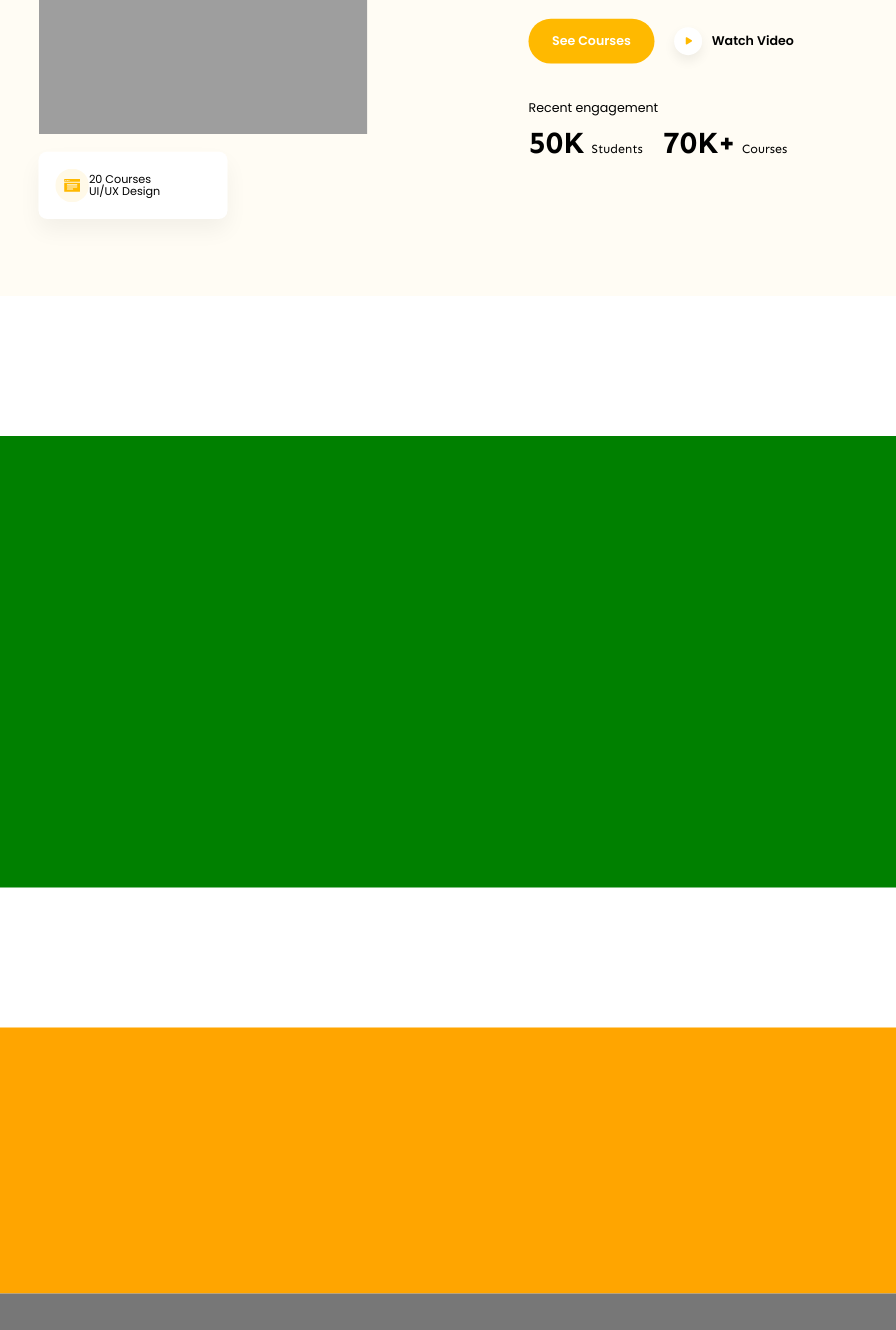
Repository: kauittt/LTWEB
Page: index.html
The author's editor kept a copy of each file at every save. The page is drawn from the files as they stood at one save, then again after the next save.
The browser window is 1280 px wide. The pictures show the part of the page from y = 477 to 2377 px (the page is 4909 px tall), at 70% of full size.
Pictures or frames that could not be fetched are drawn as grey boxes.

Above is the page before, as saved 2023-01-18 13:49:59.

After the next save:
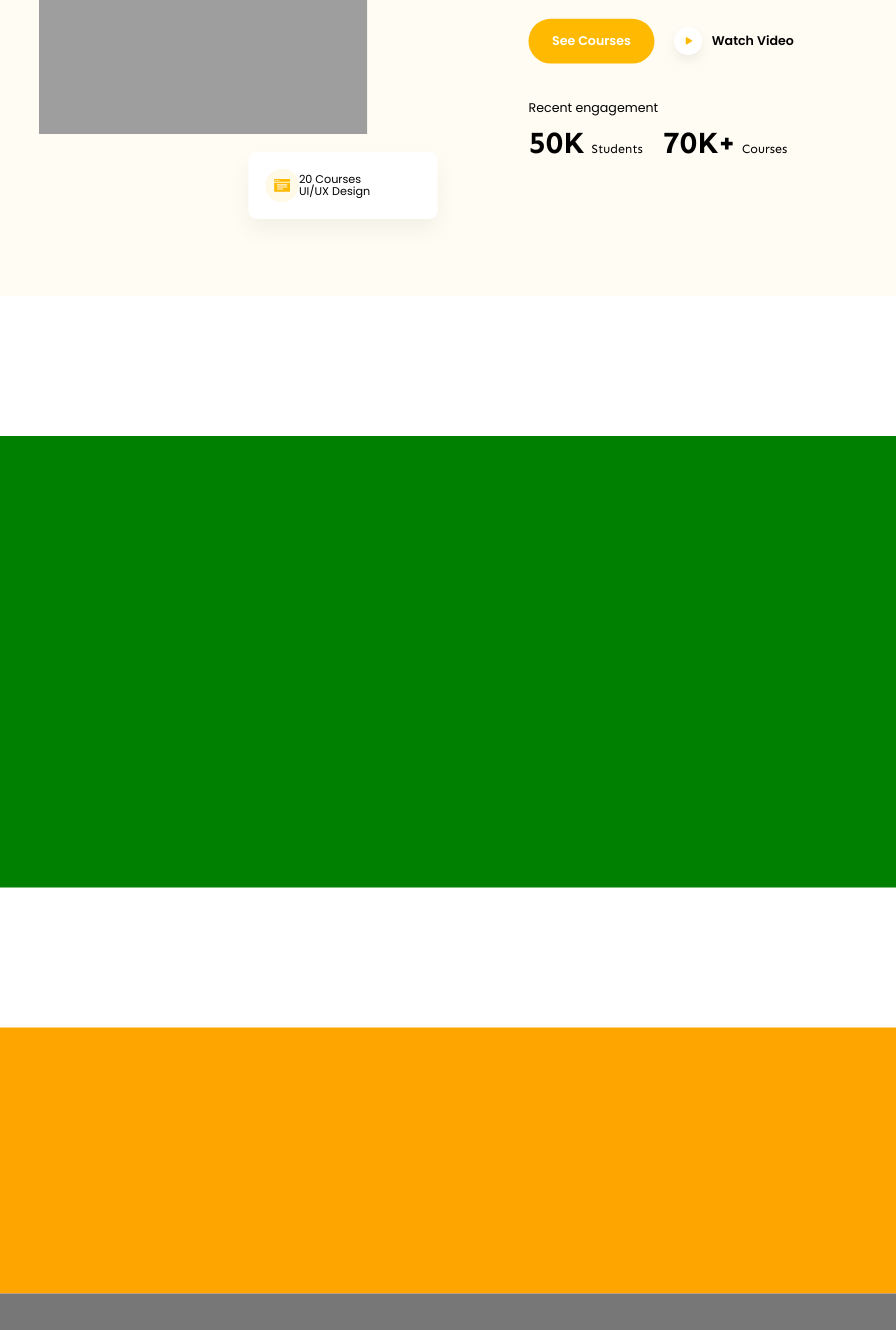
Saved 26 s later.
--- a/assets/css/styles.css
+++ b/assets/css/styles.css
@@ -109,6 +109,7 @@ body {
     padding: 24px;
     position: absolute;
     bottom: 48px;
+    right: -100px;
     background-color: #fff;
     box-shadow: 0px 16px 32px rgba(0, 0, 0, 0.05);
     border-radius: 12px;
